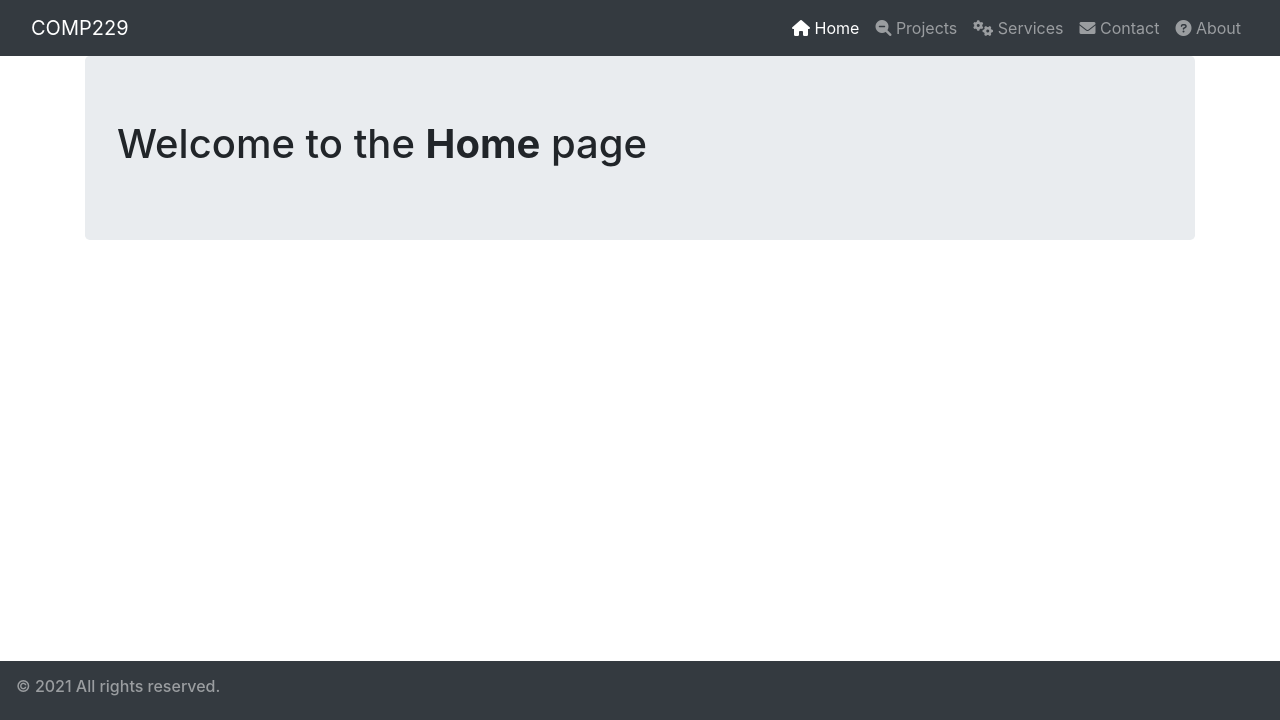
Repository: arsh16/week3_demo2
Page: http://localhost/
The author's editor kept a copy of each file at every save. The page is drawn from the files as they stood at one save, then again after a run of saves.
The browser window is 1280 px wide. The pictures show the whole page.
Some web libraries are served in a nearby version. The page is served by the project's Node server (server.js). Other server files are loaded and not shown.

Above is the page before, as saved 2021-09-30 17:19:40.

### views/index.ejs
<%-include partials/header.ejs%>

<%-include partials/main_nav.ejs%>

  <main class="container">
    <div class="jumbotron">
    <h1>Welcome to the <b><%= title %></b> page</h1>

  </div>
  </main>


<%-include partials/bottom_nav.ejs%>

<%-include partials/footer.ejs%>

### views/partials/header.ejs
<!DOCTYPE html>
<html lang="en">
<head>
  <meta charset="UTF-8">
  <meta http-equiv="X-UA-Compatible" content="IE=edge">
  <meta name="viewport" content="width=device-width, initial-scale=1.0">
  <title><%= title %> page</title>

  <!--css-->
  <link rel='stylesheet' href='/Content/app.css' />

<!--These stylesheets were saying 404 in console-->

  <!--<link rel="stylesheet" href="/bootstrap/dist/bootstrap.min.css">
  <link rel="stylesheet" href='/@fortawesome/fontawesome-free/css/all.min.css'-->

  <link rel="stylesheet" href="https://cdn.jsdelivr.net/npm/bootstrap@4.6.0/dist/css/bootstrap.min.css" integrity="sha384-B0vP5xmATw1+K9KRQjQERJvTumQW0nPEzvF6L/Z6nronJ3oUOFUFpCjEUQouq2+l" crossorigin="anonymous">
 <link rel="stylesheet" href="https://cdnjs.cloudflare.com/ajax/libs/font-awesome/6.0.0-beta2/css/all.min.css" integrity="sha512-YWzhKL2whUzgiheMoBFwW8CKV4qpHQAEuvilg9FAn5VJUDwKZZxkJNuGM4XkWuk94WCrrwslk8yWNGmY1EduTA==" crossorigin="anonymous" referrerpolicy="no-referrer" />


</head>
<body>

### views/partials/main_nav.ejs
 <!--main nav-->
  <nav class="navbar navbar-expand-lg navbar-dark bg-dark">
    <div class="container-fluid">
      <a class="navbar-brand" href="/home">COMP229</a>
      <button class="navbar-toggler" type="button" data-bs-toggle="collapse" data-bs-target="#navbarSupportedContent" aria-controls="navbarSupportedContent" aria-expanded="false" aria-label="Toggle navigation">
        <span class="navbar-toggler-icon"></span>
      </button>

      <div class="collapse navbar-collapse" id="navbarSupportedContent">
        <ul class="navbar-nav ml-auto mb-2 mb-lg-0">

          <% if (title=="Home"){%>
          <li class="nav-item active"><%}
          else {%>
              <li class="nav-item"><% }%>

            <a class="nav-link" aria-current="page" href="/home"><i class="fas fa-home"></i> Home </a>
          </li>

          <% if (title=="Projects"){%>
          <li class="nav-item active"><%}
          else {%>
              <li class="nav-item"><% }%>
            <a class="nav-link" href="/projects"><i class="fas fa-search-minus"></i> Projects </a>
          </li>

          <% if (title=="Services"){%>
          <li class="nav-item active"><%}
          else {%>
              <li class="nav-item"><% }%>
            <a class="nav-link" href="/services"><i class="fas fa-cogs"></i> Services </a>
          </li>

          <% if (title=="Contact"){%>
          <li class="nav-item active"><%}
          else {%>
              <li class="nav-item"><% }%>
            <a class="nav-link" href="/contact"><i class="fas fa-envelope"></i> Contact </a>
          </li>

          <% if (title=="About"){%>
          <li class="nav-item active"><%}
          else {%>
              <li class="nav-item"><% }%>
            <a class="nav-link" href="/about"><i class="fas fa-question-circle"></i> About </a>


        </ul>

      </div>
    </div>
  </nav>

### views/partials/bottom_nav.ejs
<!--bottom nav-->
<footer class="container">
    <nav class="navbar fixed-bottom navbar-dark bg-dark">
    <h6 class="navbar-text">&copy; 2021 All rights reserved.</h6>
    </nav>
</footer>

### views/partials/footer.ejs
  <!--scripts-->

  <script src="https://ajax.googleapis.com/ajax/libs/jquery/2.1.1/jquery.min.js"></script>
 <!-- <script src="/jquery/dist/jquery.min.js"></script>-->
  <script src="/Scripts/app.js"></script>
</body>
</html>

### server.js
#!/usr/bin/env node

/**
 * Module dependencies.
 */

var app = require('./app');
var debug = require('debug')('assignment1:server');
var http = require('http');

/**
 * Get port from environment and store in Express.
 */

var port = normalizePort(process.env.PORT || '3000');
app.set('port', port);

/**
 * Create HTTP server.
 */

var server = http.createServer(app);

/**
 * Listen on provided port, on all network interfaces.
 */

server.listen(port);
server.on('error', onError);
server.on('listening', onListening);

/**
 * Normalize a port into a number, string, or false.
 */

function normalizePort(val) {
  var port = parseInt(val, 10);

  if (isNaN(port)) {
    // named pipe
    return val;
  }

  if (port >= 0) {
    // port number
    return port;
  }

  return false;
}

/**
 * Event listener for HTTP server "error" event.
 */

function onError(error) {
  if (error.syscall !== 'listen') {
    throw error;
  }

  var bind = typeof port === 'string'
    ? 'Pipe ' + port
    : 'Port ' + port;

  // handle specific listen errors with friendly messages
  switch (error.code) {
    case 'EACCES':
      console.error(bind + ' requires elevated privileges');
      process.exit(1);
      break;
    case 'EADDRINUSE':
      console.error(bind + ' is already in use');
      process.exit(1);
      break;
    default:
      throw error;
  }
}

/**
 * Event listener for HTTP server "listening" event.
 */

function onListening() {
  var addr = server.address();
  var bind = typeof addr === 'string'
    ? 'pipe ' + addr
    : 'port ' + addr.port;
  debug('Listening on ' + bind);
}

### routes/index.js
var express = require('express');
var router = express.Router();

/* GET home page. */
router.get('/', function(req, res, next) {
  res.render('index', { title: 'Home', page: 'home' });
});

router.get('/home', function(req, res, next) {
  res.render('index', { title: 'Home',  page: 'home'});
});


router.get('/about', function(req, res, next) {
  res.render('index', { title: 'About',  page: 'about'});
});

router.get('/projects', function(req, res, next) {
  res.render('index', { title: 'Projects',  page: 'projects'});
});

router.get('/services', function(req, res, next) {
  res.render('index', { title: 'Services', page: 'services' });
});

router.get('/contact', function(req, res, next) {
  res.render('index', { title: 'Contact', page: 'contact' });
});

module.exports = router;

### app.js
let createError = require('http-errors');
let express = require('express');
let path = require('path');
let cookieParser = require('cookie-parser');
let logger = require('morgan');

let indexRouter = require('./routes/index');
let usersRouter = require('./routes/users');

let app = express();

// view engine setup
app.set('views', path.join(__dirname, 'views'));
app.set('view engine', 'ejs');

app.use(logger('dev'));
app.use(express.json());
app.use(express.urlencoded({ extended: false }));
app.use(cookieParser());
app.use(express.static(path.join(__dirname, 'public')));

app.use('/', indexRouter);
app.use('/users', usersRouter);

// catch 404 and forward to error handler
app.use(function(req, res, next) {
  next(createError(404));
});

// error handler
app.use(function(err, req, res, next) {
  // set locals, only providing error in development
  res.locals.message = err.message;
  res.locals.error = req.app.get('env') === 'development' ? err : {};

  // render the error page
  res.status(err.status || 500);
  res.render('error', {title: 'Error'});
});

module.exports = app;

### public/Content/app.css
/*-custom css--*/

### public/Scripts/app.js
/*IIFE*/

(function()
{
    function Start()
    {
        console.log("App started...");
    }
    window.addEventListener("load", Start);
})();

### views/contents/about.ejs
<p>arsh</p>

After the next 3 saves:
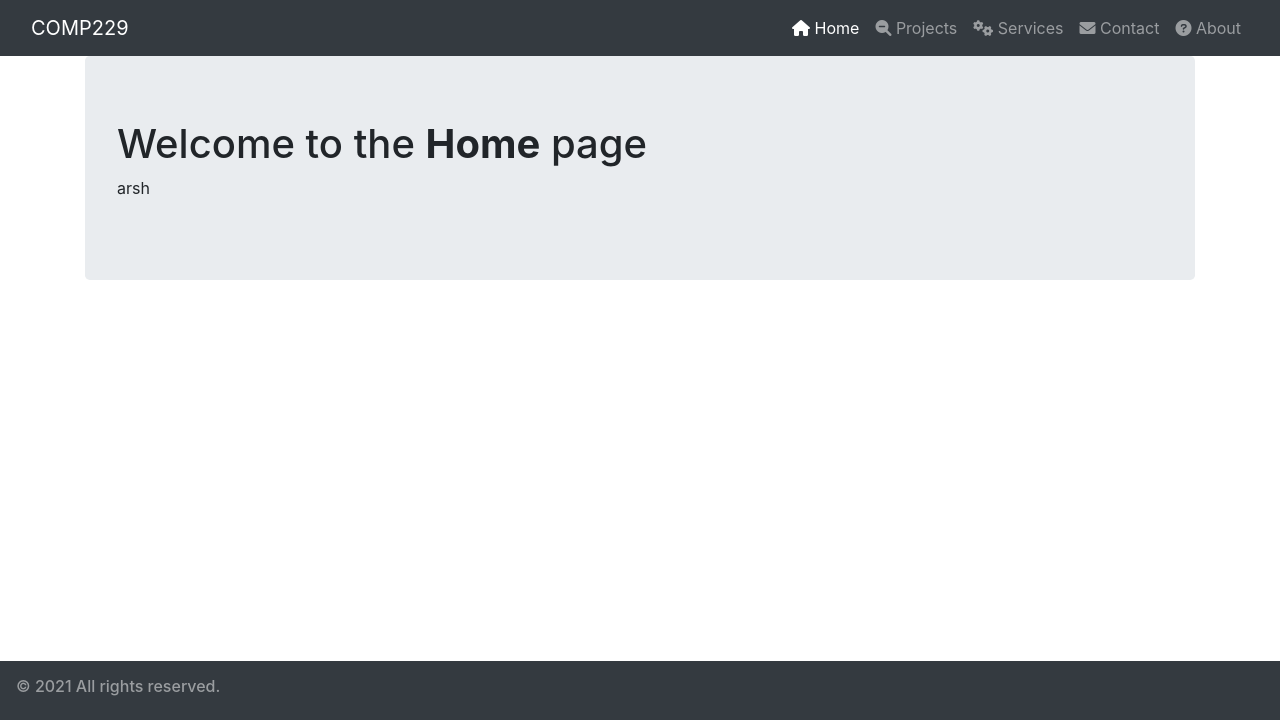
The 3 saves are shown as one change because 2 did not build or start.
The last was saved 114 s later.
--- a/views/index.ejs
+++ b/views/index.ejs
@@ -5,6 +5,7 @@
   <main class="container">
     <div class="jumbotron">
     <h1>Welcome to the <b><%= title %></b> page</h1>
+          <%-include contents/about.ejs %>
 
   </div>
   </main>
